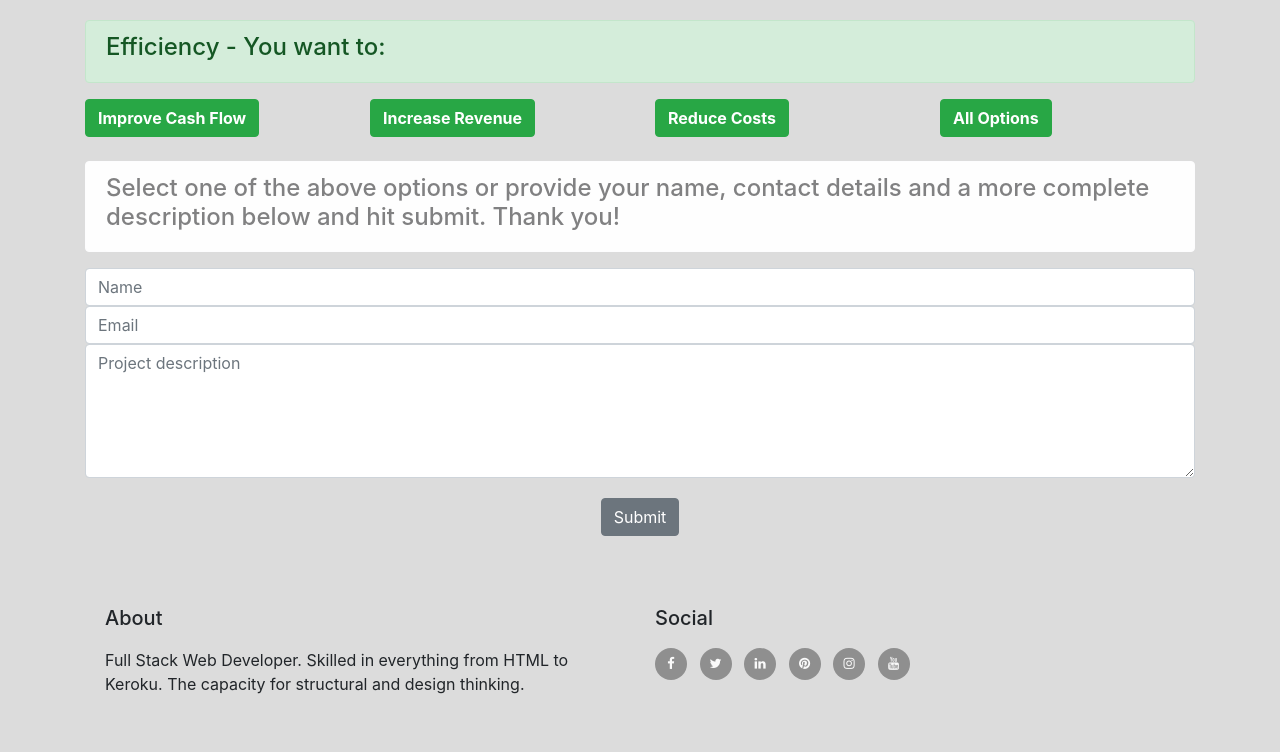
Repository: Code-Institute-Submissions/tenerim-milestone1
Page: Efficiency.html
The author's editor kept a record of every edit. The page is drawn from the files as they stood at one moment, then again after the next edit.
The browser window is 1280 px wide. The pictures show the whole page.

Above is the page before.

### Efficiency.html
<!DOCTYPE html>
<html lang="en">

<head>
    <meta charset="UTF-8">
    <meta name="viewport" content="width=device-width, initial-scale=1.0">
    <meta http-equiv="X-UA-Compatible" content="ie=edge">
    <link rel="stylesheet" href="https://stackpath.bootstrapcdn.com/bootstrap/4.3.1/css/bootstrap.min.css" type="text/css" />
    <link href="https://stackpath.bootstrapcdn.com/bootstrap/4.3.1/css/bootstrap.min.css" rel="stylesheet" integrity="sha384-ggOyR0iXCbMQv3Xipma34MD+dH/1fQ784/j6cY/iJTQUOhcWr7x9JvoRxT2MZw1T" crossorigin="anonymous">
    <link rel="stylesheet" href="https://stackpath.bootstrapcdn.com/font-awesome/4.7.0/css/font-awesome.min.css" type="text/css" />
    <link href="https://stackpath.bootstrapcdn.com/font-awesome/4.7.0/css/font-awesome.min.css" rel="stylesheet" integrity="sha384-wvfXpqpZZVQGK6TAh5PVlGOfQNHSoD2xbE+QkPxCAFlNEevoEH3Sl0sibVcOQVnN" crossorigin="anonymous">
    <link rel="stylesheet" href="assets/css/style.css" type="text/css" />
    <title>MT Milestone Project 1</title>

</head>

<!-------------------------------------------------------------Efficiency -->

<body>

    <section id="Efficiency" ;>

        <div class="container">

            <div class="row">
                <div class="col-sm-12">
                    <div class="alert alert-success" role="alert">
                        <h4 class="alert-heading">Efficiency - You want to:</h4>
                    </div>
                </div>
            </div>

            <div class="row">

                <div class="col-sm-3">
                    <button type="button" class="btn btn-success"><a href="#" class="alert-link">Improve Cash Flow</a></button> <br />
                </div>
                <div class="col-sm-3">
                    <button type="button" class="btn btn-success"><a href="#" class="alert-link">Increase Revenue</a></button> <br />
                </div>
                <div class="col-sm-3">
                    <button type="button" class="btn btn-success"><a href="#" class="alert-link">Reduce Costs</a></button> <br />
                </div>
                <div class="col-sm-3">
                    <button type="button" class="btn btn-success"><a href="#" class="alert-link">All Options</a></button> <br /> <br />
                </div>
            </div>

            <div class="alert alert-light" role="alert">
                <h4 class="alert-heading">Select one of the above options or provide your name, contact details and a more complete description below and hit submit. Thank you!</h4>
            </div>

            <div class="center-form">
                <form>
                    <input type="text" name="name" id="fullname" class="form-control" placeholder="Name" required />
                    <input type="email" name="email" id="emailaddress" class="form-control" placeholder="Email" required />
                    <textarea rows="5" name="projectsummary" id="projectsummary" class="form-control" placeholder="Project description" required></textarea>
                    <div class="form-row text-center">
                        <div class="col">
                            <button type="submit" class="btn btn-secondary">Submit</button>
                        </div>
                    </div>
                </form>
            </div>

        </div>

    </section>


    <!-------------------------------------------------------------Footer -->


    <Section id="footer" ;>

        <footer class="container">
            <div id="footer-details" class="row">
                <div class="col-sm-6">
                    <h5 class="uppercase general-sub">About</h5>
                    <p class "inline-block">
                        Full Stack Web Developer. Skilled in everything from HTML to Keroku. The capacity for structural and design thinking.</p>
                </div>


                <div class="col-sm-6">
                    <h5 class="uppercase general-sub">Social</h5>
                    <ul class="list-inline social-links">
                        <li class="list-inline-item">
                            <a target="_blank" href="#">
                            <i class="fa fa-facebook" aria-hidden="true"></i>
                            <span class="sr-only">Facebook</span>
                        </a>
                        </li>
                        <li class="list-inline-item">
                            <a target="_blank" href="#">
                            <i class="fa fa-twitter" aria-hidden="true"></i>
                            <span class="sr-only">twitter</span>
                        </a>
                        </li>
                        <li class="list-inline-item">
                            <a target="_blank" href="#">
                            <i class="fa fa-linkedin" aria-hidden="true"></i>
                            <span class="sr-only">LinkedIn</span>
                        </a>
                        </li>
                        </li>
                        <li class="list-inline-item">
                            <a target="_blank" href="#">
                            <i class="fa fa-pinterest" aria-hidden="true"></i>
                            <span class="sr-only">Pinterest</span>
                        </a>
                        </li>
                        </li>
                        <li class="list-inline-item">
                            <a target="_blank" href="#">
                            <i class="fa fa-instagram" aria-hidden="true"></i>
                            <span class="sr-only">Instagram</span>
                        </a>
                        </li>
                        </li>
                        <li class="list-inline-item">
                            <a target="_blank" href="#">
                            <i class="fa fa-youtube" aria-hidden="true"></i>
                            <span class="sr-only">YouTube</span>
                        </a>
                        </li>
                    </ul>
                </div>
            </div>

        </footer>

    </Section>

</body>

</html>

### assets/css/style.css
.container-fluid {
    background-color: rgb(220, 220, 220);
}

section {
    background-color: rgb(220, 220, 220);
    padding-top: 10px;
    padding-bottom: 10px;
}


.splash {
    background-color: rgb(192, 192, 192);
}


.display-4 {
    padding-top: 50px;
}


.lead {
    padding-bottom: 50px;
}


.headbox {
    border-radius: 25px;
    border: 2px solid #73AD21;
    padding: 10px;
    text-align: center;
    width: 200px;

}

h4 {
    color: rgb(255, 255, 255);
}


.alert-link {

color: rgb(255, 255, 255);
}

/*--------------------------------------How I Got Here-----*/

.timeline-item {
    padding: 0em 1em 1em 1em;
    border-left: 1px solid;
}

.timeline-item:before {
    content: attr(data-dates);
    left: 2.5em;
    top: 3em;
    display: block;
    font-weight: 500;
    font-size: 1em;
    color: #000099;
}

.timeline-item:after {
    width: 12px;
    height: 12px;
    display: block;
    top: -3em;
    position: relative;
    left: -23px;
    border-radius: 12px;
    content: "";
    background: #000099;
}


/*--------------------------------------How I Add Value-----*/

.values {
        font-size: 13px;
        color: #fafafa;
    }






/*--------------------------------------Contact-----*/

.contact {
  position: relative;
  text-align: center;
  color: white;
}


.top-left {
  position: absolute;
  top: 8px;
  left: 16px;
}




/*--------------------------------------Footer-----*/

.social-links {
    padding-bottom: 15px;
}

.social-links li a i {
    width: 32px;
    height: 32px;
    padding: 12px 0;
    border-radius: 50%;
    font-size: 13px;
    line-height: 7px;
    text-align: center;
    color: #fafafa;
    background: #8f8f8f;
    transition: all 0.35s ease-in-out;
    -moz-transition: all 0.35s ease-in-out;
    -webkit-transition: all 0.35s ease-in-out;
    -o-transition: all 0.35s ease-in-out;
}

.social-links li a i:hover {
    background: #e84610;
}

#footer-details {
    padding: 20px;
}


/*--------------------------------------Padding-----*/

.container
{
    padding-top: 10px;
    padding-bottom: 10px;
}

h2 {
    padding-top: 10px;
    padding-bottom: 10px
}



h3 {
    padding-top: 10px;
    padding-bottom: 10px
}



h5 {
    padding-top: 10px;
    padding-bottom: 10px
}

.fa {
    padding-top: 10px;
    padding-bottom: 10px
 }

.btn-block  {
     margin-top: 10px
    }

.text-center {
    padding-top: 20px
}

After the next edit:
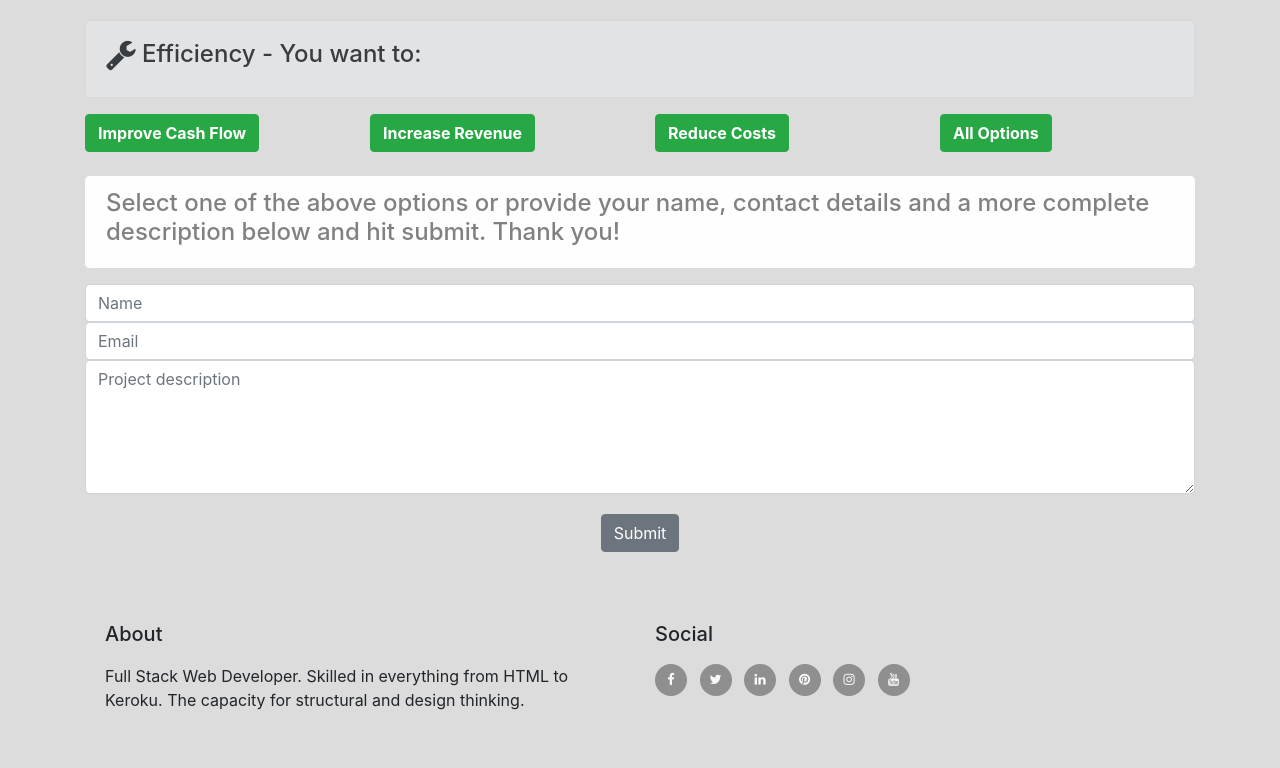
The edit:
--- a/Efficiency.html
+++ b/Efficiency.html
@@ -24,8 +24,8 @@
 
             <div class="row">
                 <div class="col-sm-12">
-                    <div class="alert alert-success" role="alert">
-                        <h4 class="alert-heading">Efficiency - You want to:</h4>
+                    <div class="alert alert-secondary" role="alert">
+                        <h4 class="alert-heading"><i class="fa fa-wrench fa-lg" aria-hidden="true"></i> Efficiency - You want to:</h4>
                     </div>
                 </div>
             </div>
